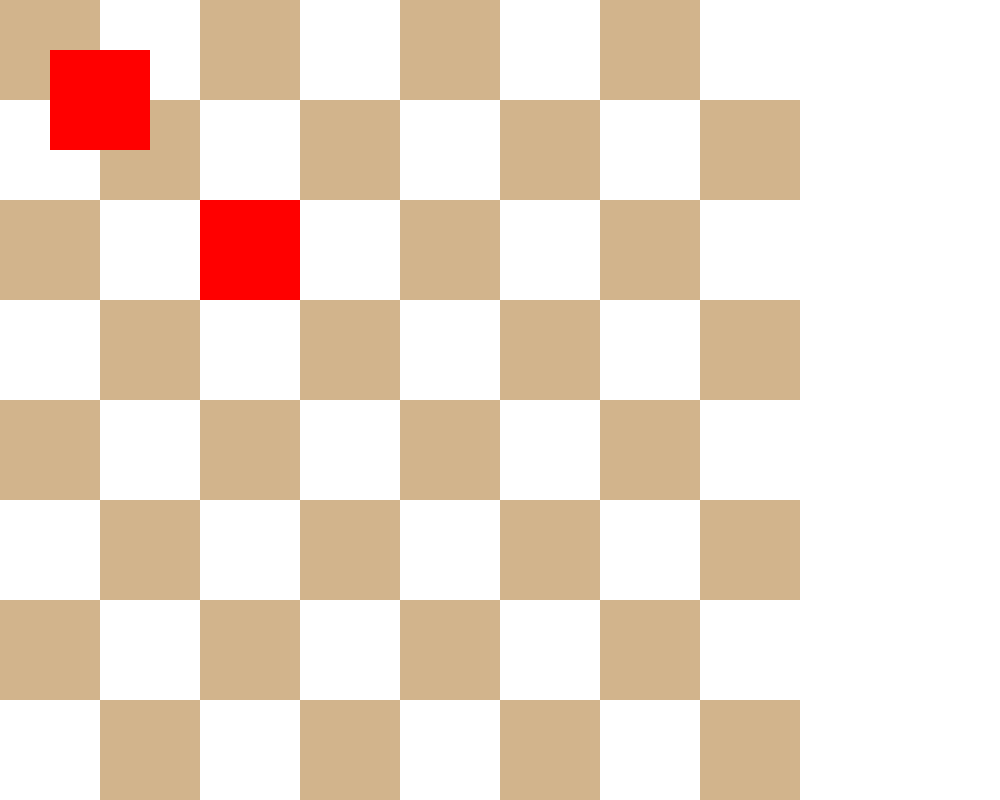
Repository: a-longe/capstone
Script's output: python engine/drag_n_drop_test.py
An editor plug-in stored every save of this project. The script's output is shown before and after the next save, followed by the edit.
The window is shown after at most 60 frames with no key pressed. Random numbers start from a fixed seed.

Above is the script's output before, as saved 2023-12-07 09:56:57.

### engine/drag_n_drop_test.py
import os
import sys
import pygame as pg


def is_even(n):
    return 0 == n % 2


def is_odd(n):
    return 1 == n % 2


def black_square(surface, image, rect):
    image.fill((210, 180, 140))
    surface.blit(image, rect)


def white_square(surface, image, rect):
    image.fill((255, 255, 255))
    surface.blit(image, rect)


square_coords = [[i, j] for i in range(0, 800, 100) for j in range(0, 800, 100)]


class Player:
    # A Player object needs to know about the Board because its behaviour
    # depends on the location of other Player objects--only the Board knows
    # about them--that's why Board is an argument. It also needs to know its
    # dimensions, so we pass them in rect
    def __init__(self, Board, rect):
        self.board = Board
        self.rect = pg.Rect(rect)
        self.previous_center = self.rect.center
        # a Player object has a click attribute that is true if the
        # left mouse button is down and on top of the Player
        self.click = False
        self.image = pg.Surface(self.rect.size).convert()
        self.image.fill((255, 0, 0))

    # Check that the player has been selected and that the mouse will
    # not cause the player to bleed out of bounds.

    # To deal with collisions, save current position, and then move
    # the player to the mouse position. If there is a collision, then
    # move the rectangle back to the previous position.

    # Regardless, draw the player
    def update(self):
        if (self.click and self.board.mouse_inside_bounds()):
            self.previous_center = self.rect.center
            self.rect.center = pg.mouse.get_pos()
            # Ask the board if self (the player) will collide
            if self.board.collisions(self):
                self.rect.center = self.previous_center
        self.board.surface.blit(self.image, self.rect)


class Board:
    # Each position corresponds to the arguments needed to instantiate
    # the PyGame.Rect class: (x, y, width, height) corresponding to a player

    # The Board class updates itself by asking the players to paint themselves.

    # It has a number of methods that exist so other parts of the program can
    # inquire about the current state of the board
    def __init__(self, positions):
        self.surface = pg.display.set_mode((800, 800))
        self.players = []
        for pos in positions:
            self.players.append(Player(self, pos))

    def clear_surface(self):
        self.surface.fill(0)

    def get_players(self):
        return self.players

    def mouse_inside_bounds(self):
        # hard-coded numbers should be fixed
        x, y = pg.mouse.get_pos()
        return (x > 51 and x < 949 and y > 51 and y < 549)

    def collisions(self, a_player):
        rects = [player.rect for player in self.get_players()]
        target_rects = [rect for rect in rects if rect != a_player.rect]
        return a_player.rect.collidelistall(target_rects)

    def display_grid(self):
        # print("I should be displaying...")
        for x, y in square_coords:
            row = x / 100
            column = y / 100
            rect = pg.Rect([x, y, 100, 100])
            image = pg.Surface(rect.size).convert()
            if is_odd(row) and is_odd(column):
                black_square(self.surface, image, rect)
            elif is_odd(row) and is_even(column):
                white_square(self.surface, image, rect)
            elif is_even(row) and is_even(column):
                black_square(self.surface, image, rect)
            else:
                white_square(self.surface, image, rect)

    def update_board(self):
        self.clear_surface()
        self.display_grid()
        for player in self.get_players():
            player.update()


def main(Board):
    # listen for events and update board in response to them
    game_event_loop(Board)
    Board.update_board()


# Notice that the event loop has been given its own function. This makes
# the program easier to understand.
def game_event_loop(Board):
    for event in pg.event.get():
        if event.type == pg.MOUSEBUTTONDOWN:
            for player in Board.get_players():
                # The event positions is the mouse coordinates
                if player.rect.collidepoint(event.pos):
                    player.click = True
        elif event.type == pg.MOUSEBUTTONUP:
            for player in Board.get_players():
                player.click = False
        elif event.type == pg.QUIT:
            pg.quit()
            sys.exit()


if __name__ == "__main__":
    os.environ['SDL_VIDEO_CENTERED'] = '1'
    pg.init()
    MyBoard = Board([(50, 50, 100, 100),
                     (200, 200, 100, 100)])
    MyClock = pg.time.Clock()
    while True:
        main(MyBoard)
        pg.display.update()
        MyClock.tick(60)

After the next save:
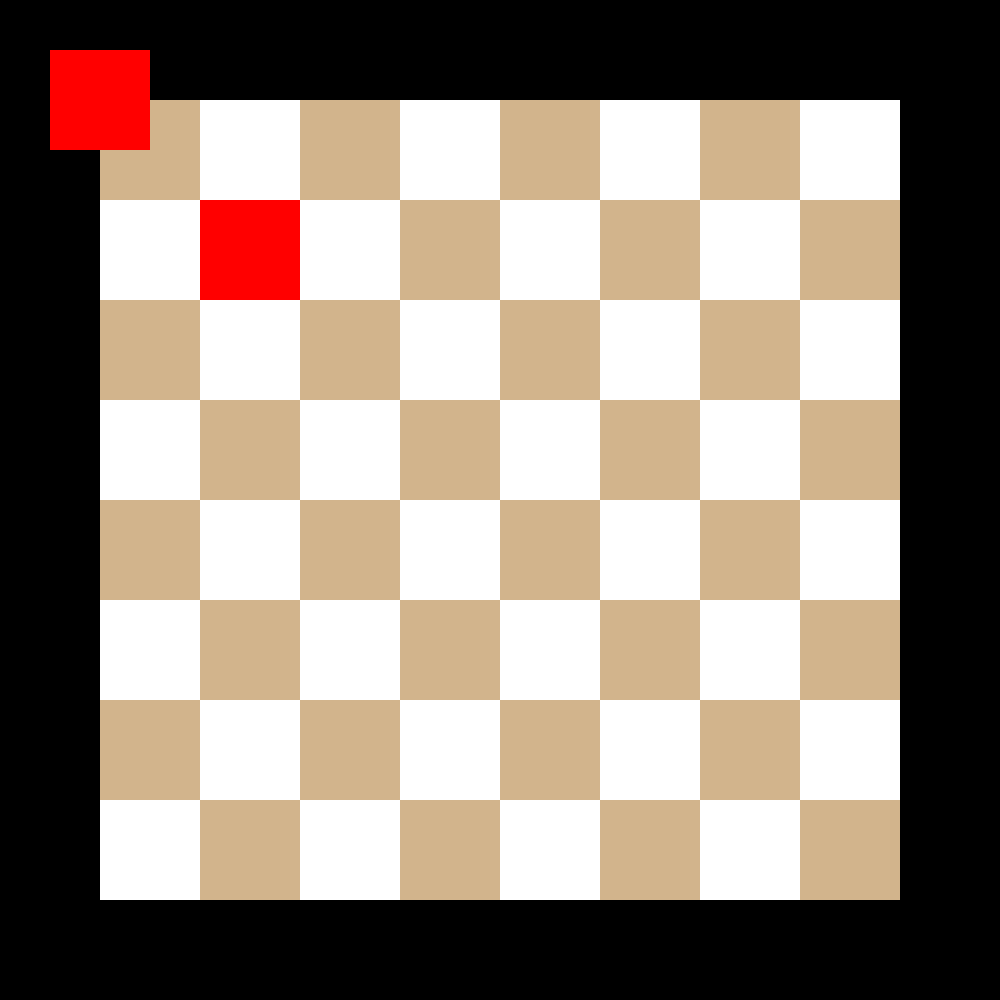
Saved 3 days later.
--- a/engine/drag_n_drop_test.py
+++ b/engine/drag_n_drop_test.py
@@ -21,7 +21,7 @@ def white_square(surface, image, rect):
     surface.blit(image, rect)
 
 
-square_coords = [[i, j] for i in range(0, 800, 100) for j in range(0, 800, 100)]
+square_coords = [[i, j] for i in range(100, 900, 100) for j in range(100, 900, 100)]
 
 
 class Player:
@@ -66,7 +66,7 @@ class Board:
     # It has a number of methods that exist so other parts of the program can
     # inquire about the current state of the board
     def __init__(self, positions):
-        self.surface = pg.display.set_mode((800, 800))
+        self.surface = pg.display.set_mode((1000, 1000))
         self.players = []
         for pos in positions:
             self.players.append(Player(self, pos))
